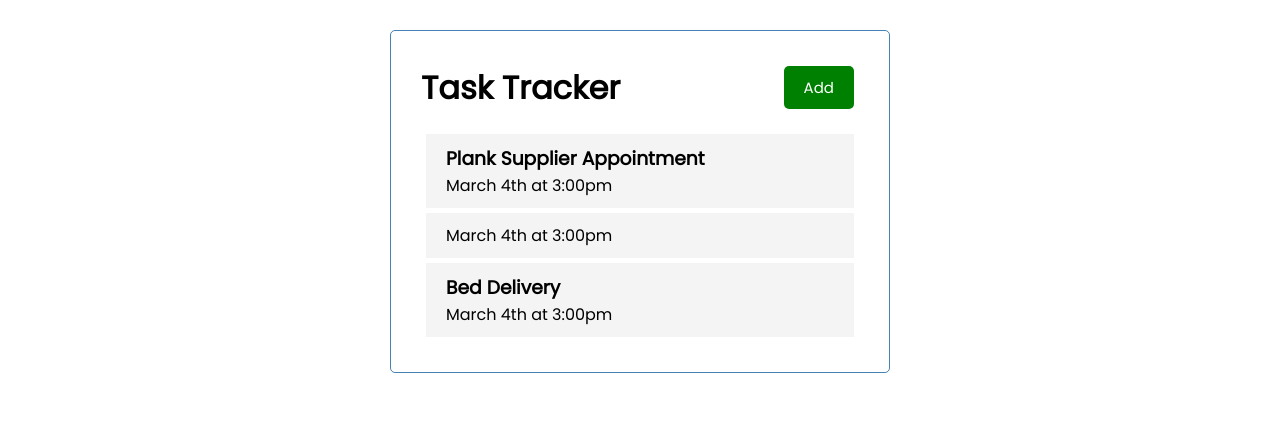
Repository: biggie-pti/task-tracker-react-app
Page: /
An editor plug-in stored every save of this project. The page is shown before and after the next save, followed by the edit.
The browser window is 1280 px wide. The pictures show the whole page.
The project was rebuilt for these pictures with package versions that can differ from the ones it lists, and the page was loaded fresh each time.

Above is the page before, as saved 2022-02-20 15:41:20.

### public/index.html
<!DOCTYPE html>
<html lang="en">
  <head>
    <meta charset="utf-8" />
    <link rel="icon" href="%PUBLIC_URL%/favicon.ico" />
    <meta name="viewport" content="width=device-width, initial-scale=1" />
    <meta name="theme-color" content="#000000" />
    <meta
      name="description"
      content="Web site created using create-react-app"
    />
    <link rel="apple-touch-icon" href="%PUBLIC_URL%/logo192.png" />

    <link rel="manifest" href="%PUBLIC_URL%/manifest.json" />

    <title>Task Tracker</title>
  </head>
  <body>
    <noscript>You need to enable JavaScript to run this app.</noscript>
    <div id="root"></div>

  </body>
</html>

### src/App.js
import Header from "./components/Header";
import Tasks from "./components/Tasks";
import { useState } from "react"
function App() {

  const [tasks, setTasks]= useState(

    [
        {
            id: 1,
            text: 'Plank Supplier Appointment',
            day: 'March 4th at 3:00pm',
            reminder: true,
        },
        {
            id: 2,
            text: '',
            day: 'March 4th at 3:00pm',
            reminder: true,
        },
        {
            id: 3,
            text: 'Bed Delivery',
            day: 'March 4th at 3:00pm',
            reminder: true,
        },
    ]
)

  return (
    <div className="container">
    <Header />
    <Tasks tasks={tasks}/>
    </div>
  );
}

export default App;

### src/components/Header.js
import PropTypes from 'prop-types'
import Button from './Button'
const Header = ({title}) => {
    const onClick=()=>{
console.log('Click')
    }
  return (
    <header className='header'>
        <h1>

        {title}
        </h1>
       <Button color='green' text='Add' onClick={onClick}/>
        </header>
  )
}
Header.defaultProps={
    title: 'Task Tracker',
}

Header.propTypes={
    title: PropTypes.string,
}

//CSS in JS
// const headingStyle={
//     color:'red',
//     backgroundColor:'black',
// }

export default Header

### src/components/Tasks.js

import Task from "./Task"
const Tasks = ({tasks}) => {

  return (
    <>
{tasks.map((task)=>(
    <Task key={task.id} task={task} />
)


)}

    </>
  )
}

export default Tasks

### src/components/Button.js

import PropTypes from 'prop-types'

const Button = ({color,text, onClick}) => {


  return (
   <button

   onClick={onClick}
   style={{backgroundColor: color}}
    className='btn'>{text}

    </button>
  )
}
Button.defaultProps={
    color: 'steelblue',
}
Button.protoTypes={
    text: PropTypes.string,
    color: PropTypes.string,
    onClick: PropTypes.func,
}

export default Button

### src/components/Task.js


const Task = ({task}) => {
  return (
    <div className='task'>
        <h3>{task.text}</h3>
        <p>{task.day}</p>

    </div>
  )
}

export default Task

Loaded but not shown: src/index.js (common file); src/index.css (common file); src/reportWebVitals.js (common file)

After the next save:
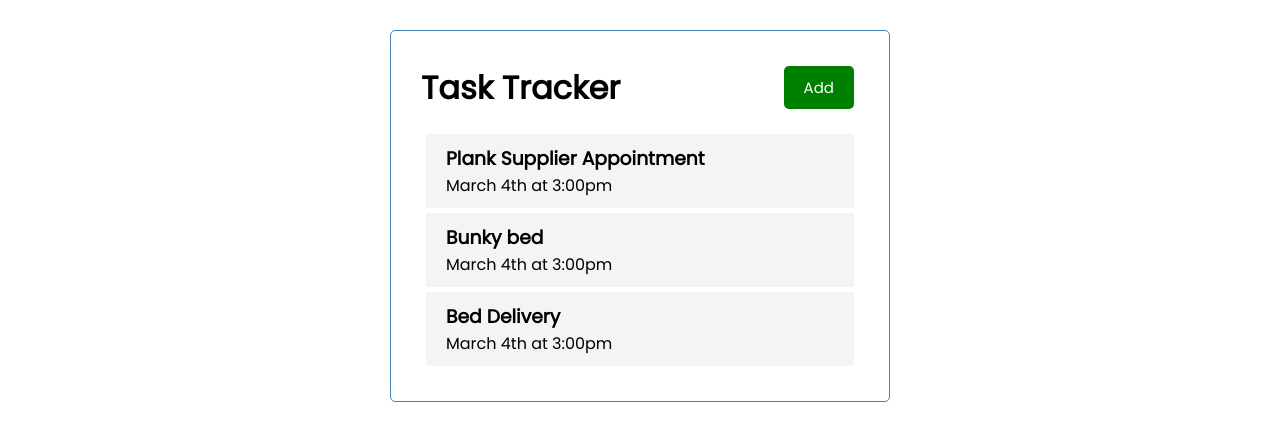
Saved 8 s later.
--- a/src/App.js
+++ b/src/App.js
@@ -14,7 +14,7 @@ function App() {
         },
         {
             id: 2,
-            text: '',
+            text: 'Bunky bed ',
             day: 'March 4th at 3:00pm',
             reminder: true,
         },
